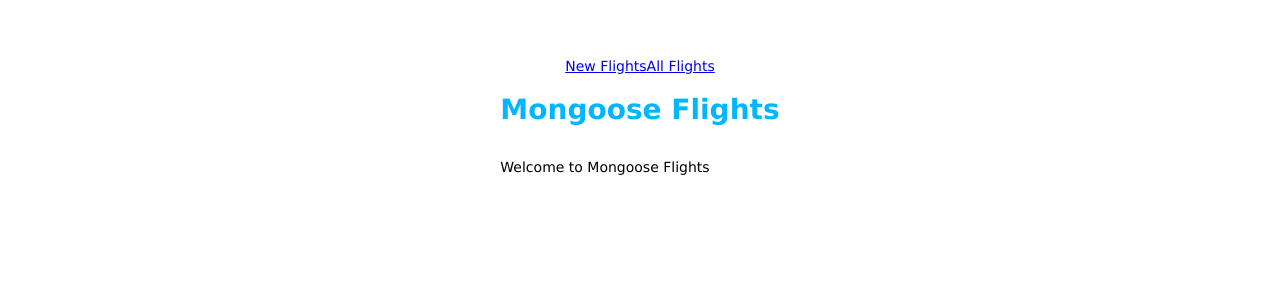
Repository: jmendoza13/mongoose-flights
Page: http://localhost/
An editor plug-in stored every save of this project. The page is shown before and after the next save, followed by the edit.
The browser window is 1280 px wide. The pictures show the whole page.
The page is served by the project's Node server (server.js). Other server files are loaded and not shown.

Above is the page before, as saved 2022-07-18 16:00:47.

### views/index.ejs
<%- include('./partials/header') %>

   <h1><%= title %></h1>
    <p>Welcome to <%= title %></p>

    <%- include('./partials/footer') %>

### views/Partials/header.ejs
<!DOCTYPE html>
<html lang="en">

<head>
    <meta charset="UTF-8">
    <meta http-equiv="X-UA-Compatible" content="IE=edge">
    <meta name="viewport" content="width=device-width, initial-scale=1.0">
    <link rel='stylesheet' href='/stylesheets/style.css' />
    <title>Flights</title>
</head>

<body>
    <nav>
        <a href="/flights/new">New Flights</a>
        <a href="/flights">All Flights</a>
    </nav>

### server.js
var createError = require('http-errors');
var express = require('express');
var path = require('path');
var cookieParser = require('cookie-parser');
var logger = require('morgan');
require('dotenv').config();

require('./config/database');
var indexRouter = require('./routes/index');
var flightsRouter = require('./routes/flights');

var app = express();

// view engine setup
app.set('views', path.join(__dirname, 'views'));
app.set('view engine', 'ejs');

app.use(logger('dev'));
app.use(express.json());
app.use(express.urlencoded({ extended: false }));
app.use(cookieParser());
app.use(express.static(path.join(__dirname, 'public')));

app.use('/', indexRouter);
app.use('/flights', flightsRouter);

// catch 404 and forward to error handler
app.use(function(req, res, next) {
  next(createError(404));
});

// error handler
app.use(function(err, req, res, next) {
  // set locals, only providing error in development
  res.locals.message = err.message;
  res.locals.error = req.app.get('env') === 'development' ? err : {};

  // render the error page
  res.status(err.status || 500);
  res.render('error');
});

module.exports = app;

### routes/index.js
var express = require('express');
var router = express.Router();

/* GET home page. */
router.get('/', function(req, res, next) {
  res.render('index', { title: 'Mongoose Flights' });
});

module.exports = router;

### public/stylesheets/style.css
body {
  padding: 50px;
  font: 14px "Lucida Grande", Helvetica, Arial, sans-serif;
  display: grid;
  justify-content: center;
  grid-template-areas:
    "nav"
    "main"

}

nav, h1 {
  display: flex;
  color: #00B7FF;
  justify-content: center;
  align-items: center;
}

Loaded but not shown: views/Partials/footer.ejs (common file)

After the next save:
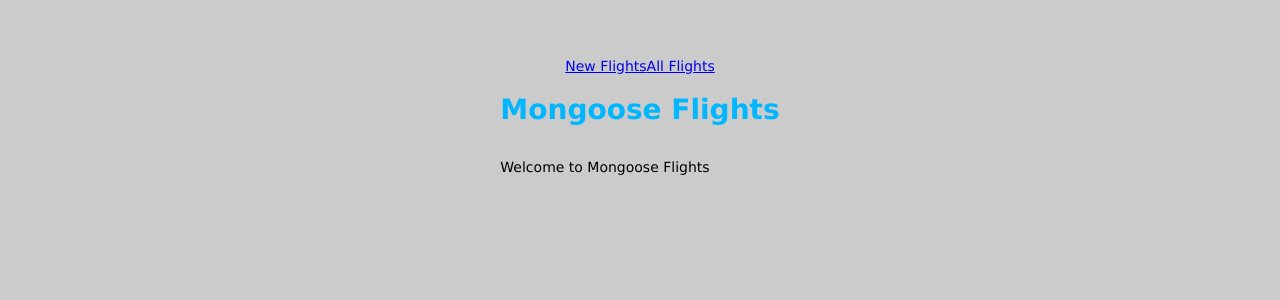
Saved 58 s later.
--- a/public/stylesheets/style.css
+++ b/public/stylesheets/style.css
@@ -3,10 +3,10 @@ body {
   font: 14px "Lucida Grande", Helvetica, Arial, sans-serif;
   display: grid;
   justify-content: center;
+  background-color: rgb(203, 203, 203);
   grid-template-areas:
     "nav"
     "main"
-
 }
 
 nav, h1 {
